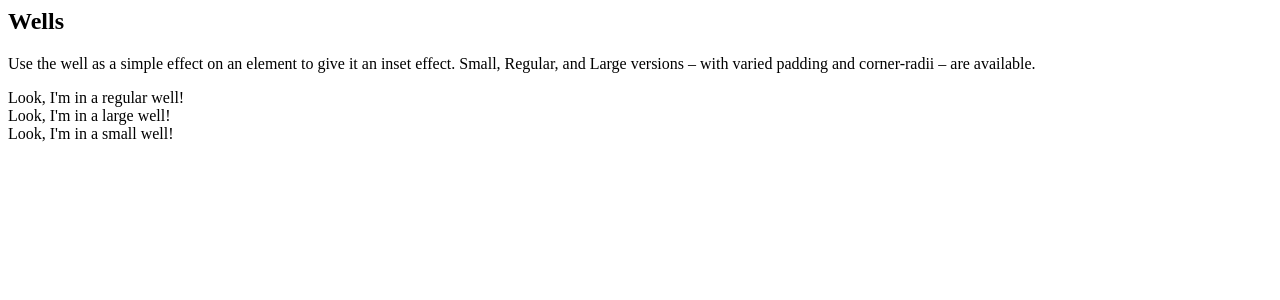
Repository: WTW-IM/bda-ui-toolkit
Page: docs/_includes/containers/wells.html
The author's editor kept a record of every edit. The page is drawn from the files as they stood at one moment, then again after the next edit.
The browser window is 1280 px wide. The pictures show the whole page.

Above is the page before.

### docs/_includes/containers/wells.html
<div class="bs-docs-section">
  <h2 id="wells" class="page-header">Wells</h2>

  <p>Use the well as a simple effect on an element to give it an inset effect. Small, Regular, and Large versions &ndash; with varied padding and corner-radii &ndash; are available.</p>
  <div class="bs-example" data-example-id="default-well">

    <div class="well">
      Look, I'm in a regular well!
    </div>


  </div>

  <div class="bs-example" data-example-id="large-well">
    <div class="well well-lg">
      Look, I'm in a large well!
    </div>
  </div>

  <div class="bs-example" data-example-id="small-well">
    <div class="well well-sm">
      Look, I'm in a small well!
    </div>
  </div>

</div>

After the next edit:
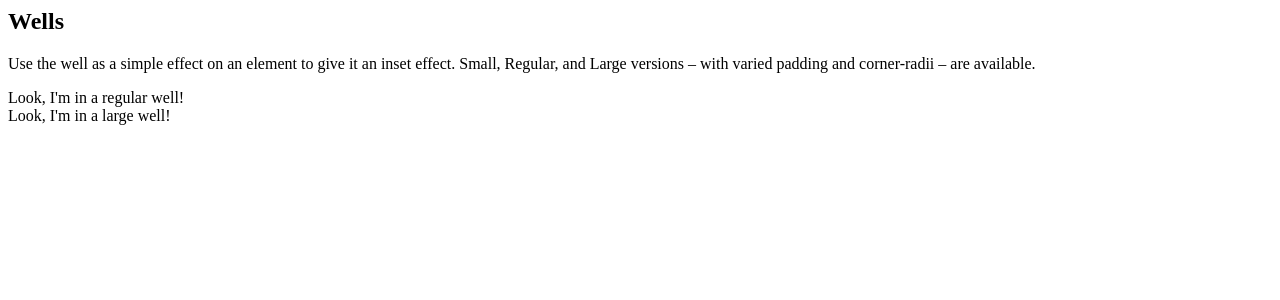
The edit:
--- a/docs/_includes/containers/wells.html
+++ b/docs/_includes/containers/wells.html
@@ -18,9 +18,7 @@
   </div>
 
   <div class="bs-example" data-example-id="small-well">
-    <div class="well well-sm">
-      Look, I'm in a small well!
-    </div>
+
   </div>
 
 </div>
